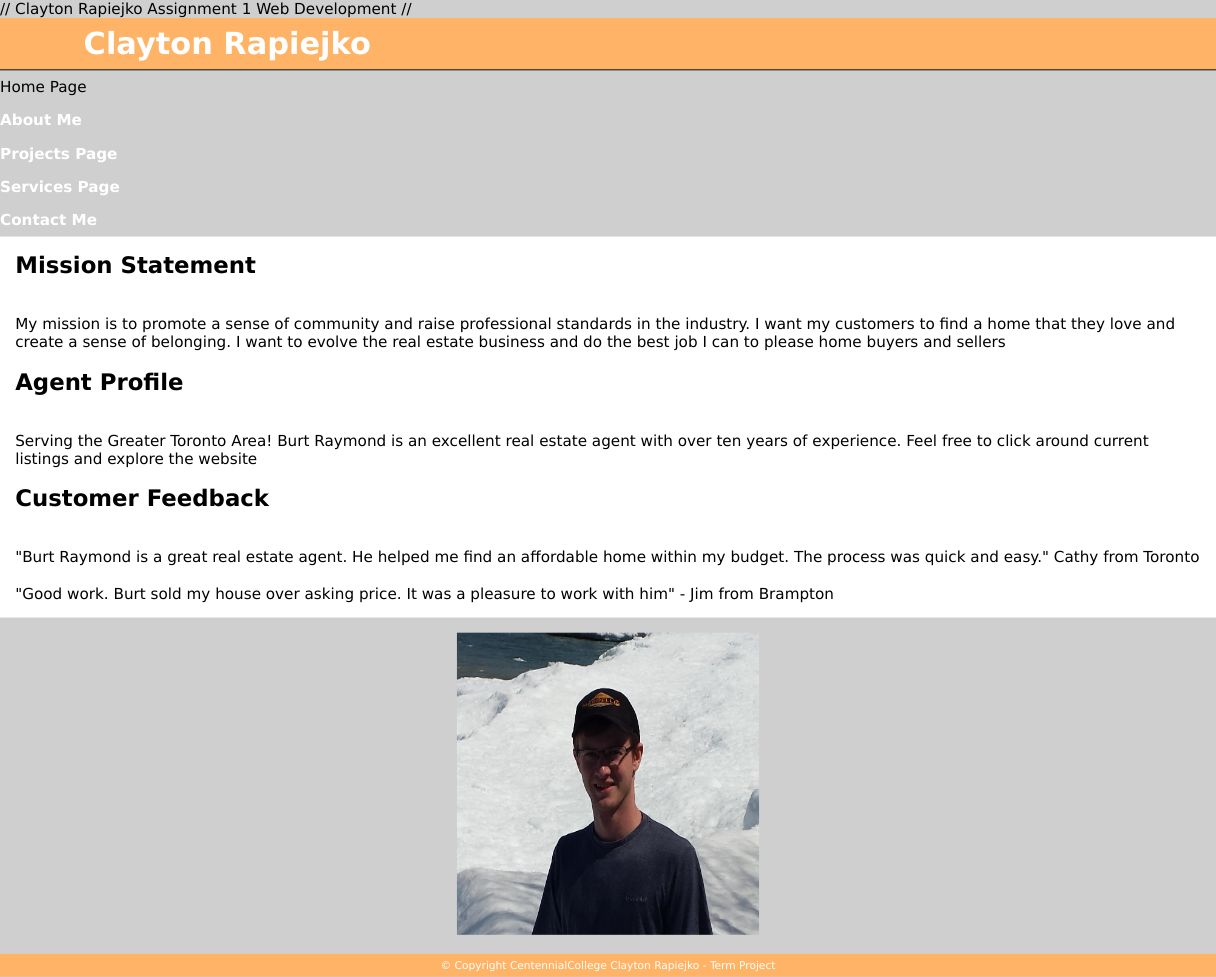
Repository: ClaytonRapiejko/RapiejkoPortfolio
Page: Assignment 1/index.html
These files come from the project's save history. The page is drawn as it stood at one moment and after the next save; the edit follows.
The browser window is 1280 px wide. The pictures show the whole page, at 95% of full size.

Above is the page before, as saved 2021-05-22 17:46:19.

### Assignment 1/index.html
<!DOCTYPE html>
<html lang="en">
    // Clayton Rapiejko Assignment 1 Web Development //
    <link href="stylesheet.css" rel="stylesheet" type="text/css">
<head></head>
    <meta charset="UTF-8">
    <meta http-equiv="X-UA-Compatible" content="IE=edge">
    <meta name="viewport" content="width=device-width, initial-scale=1.0">
    <header>
        <h1>Clayton Rapiejko</h1>
      </header>
        <nav>
        <ul>
            <li id="">Home Page</li>
          <li><a href="">About Me</a></li>
          <li><a href="">Projects Page</a></li>
          <li><a href="">Services Page</a></li>
    <li><a href="">Contact Me<a/></li>

         </ul>
        </nav>
      <main>
         <h2><span lang="en-ca">Mission Statement</span></h2>
        <p><br></br>My mission is to promote a sense of community and raise professional standards in the industry. I want my customers to find a home that they love and create a sense of belonging. I want to evolve the real estate business and do the best job I can to please home buyers and sellers<br></br></p>
        <h2><span lang="en-ca">Agent Profile</span></h2>
        <p><br></br>Serving the Greater Toronto Area! Burt Raymond is an excellent real estate agent with over ten years of experience. Feel free to click around current listings and explore the website<br></br></p>
          <h2><span lang="en-ca">Customer Feedback</span></h2>
        <p><br></br>"Burt Raymond is a great real estate agent. He helped me find an affordable home within my budget. The process was quick and easy." Cathy from Toronto <br></br>
        "Good work. Burt sold my house over asking price. It was a pleasure to work with him" - Jim from Brampton</p>
      </main>
       <aside>
        <figure>
        <img src="clayton.jpg" width="350" height="350" alt="Clayton">
        </figure>
      </aside>
      <footer>
            <p id="copyright">&copy;&nbsp;Copyright CentennialCollege Clayton Rapiejko - Term Project</p>
      </footer>
     </div>
    </body>
    </html>

### Assignment 1/stylesheet.css
* {
	box-sizing: border-box;
    	margin: 0;
}
body {
	font-family: Verdana, Arial, sans-serif;
	background-color: #ffb366;
}
#wrapper {
	background-color: #ffb366;
}
header {
	color: white;
	background-color: #ffb366;
	background-repeat: no-repeat;
	background-size: auto 100%;
	padding: .5em 0 .5em 5.5em;
}
main {
	background-color: #FFFFFF;
      color: #000000;
	padding: 1em;
}
aside {
	text-align: center;
}
footer {
	background-color: #ffb366;
	font-size: 70%;
	text-align: center;
	padding: 0.5em 0;
	color: white;
}
img {
	padding: 1em;
}
h2 {
	color: black;
}
.floatRight{
	float:right;
	margin-left:6px;

}

/* Styles to configure navigation links as horizontal areas */
nav ul {
	list-style-type: none;
      padding-left: 0;
	border-top: 1px solid;
}
nav li {
	border-bottom: 1px solid
      text-align: center;
	padding-top: .5em;
	padding-bottom: .5em;
}
nav a {
	text-decoration: none;
		font-weight: bold;
}
nav a:link {
	color: white;
}
nav a:hover {
	color: #FF3737;
}
nav a:visited {
	color:#FFFFFF;
}
/* make the current page's link look different */
nav #page {
	font-weight: bold;
      color: #FEFEFE;
}

/* Force older versions of Internet Explorer to display these HTML5 elements with block display. */
header, nav, main, footer, aside, figure {
	display: block;
}

/* Medium Display */
@media (min-width: 600px) {
#wrapper {
 	display: grid;
	grid-template-columns: 55% auto;
	grid-template-rows: auto auto auto auto;
	 }
header {
	grid-row: 1 / 2; grid-column: 1 / 3; }
nav    {
	grid-row: 2 / 3; grid-column: 1 / 3; }
main   {
	grid-row: 3 / 4; grid-column: 1 / 2; }
aside  {
	grid-row: 3 / 4; grid-column: 2 / 3; }
footer {
 	grid-row: 4 / 5; grid-column: 1 / 3; }
nav ul {
	display: flex;
	flex-direction: row;
	flex-wrap: nowrap;
	justify-content: space-around; }
nav ul li {
	border-bottom: none; }
 							 }
/* Large Display */
@media (min-width: 1024px) {
body     {
	background-color: #cfcfcf;
}
nav ul {
	display: flex;
	flex-direction: column;
	flex-wrap: nowrap;
}
#wrapper {
	width: 80%;
      margin: auto;
      max-width: 1200px;
      display: grid;
	grid-template-columns: 150px auto auto;
	grid-template-rows: auto auto auto ;
}
header {
	grid-row: 1 / 2;
	grid-column: 1 / 4;
}
nav    {
	grid-row: 2 / 3;
	grid-column: 1 / 2;
}
main   {
	grid-row: 2 / 3;
	grid-column: 2 / 3;
}
aside  {
grid-row: 2 / 3;
grid-column: 3 / 4;
}
footer {
	grid-row: 3 / 4;
	grid-column: 1 / 4;
}

					}


.floatRight {
	float: right;
}


.clearBoth {
	clear: both;
}

After the next save:
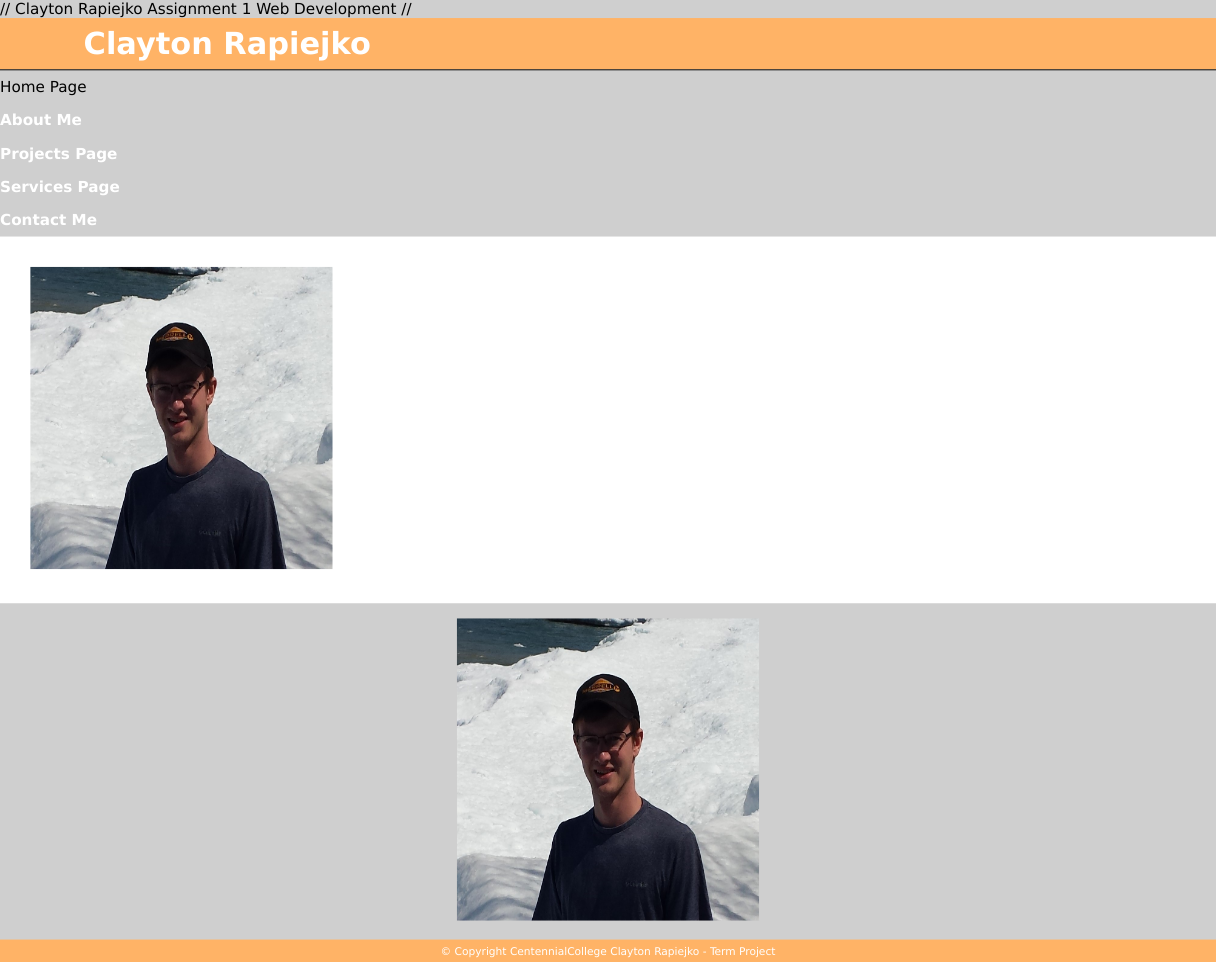
Saved 25 s later.
--- a/Assignment 1/index.html
+++ b/Assignment 1/index.html
@@ -20,13 +20,7 @@
          </ul>
         </nav>
       <main>
-         <h2><span lang="en-ca">Mission Statement</span></h2>
-        <p><br></br>My mission is to promote a sense of community and raise professional standards in the industry. I want my customers to find a home that they love and create a sense of belonging. I want to evolve the real estate business and do the best job I can to please home buyers and sellers<br></br></p>
-        <h2><span lang="en-ca">Agent Profile</span></h2>
-        <p><br></br>Serving the Greater Toronto Area! Burt Raymond is an excellent real estate agent with over ten years of experience. Feel free to click around current listings and explore the website<br></br></p>
-          <h2><span lang="en-ca">Customer Feedback</span></h2>
-        <p><br></br>"Burt Raymond is a great real estate agent. He helped me find an affordable home within my budget. The process was quick and easy." Cathy from Toronto <br></br>
-        "Good work. Burt sold my house over asking price. It was a pleasure to work with him" - Jim from Brampton</p>
+        <img src="clayton.jpg" width="350" height="350" alt="Clayton">
       </main>
        <aside>
         <figure>
